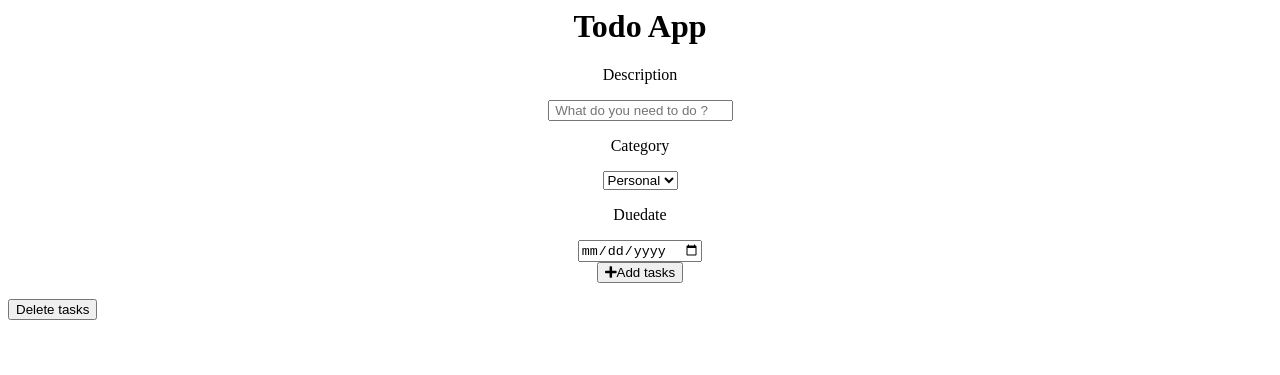
Repository: Sayan-100/Todo-List
Page: http://localhost/
The author's editor kept a copy of each file at every save. The page is drawn from the files as they stood at one save, then again after the next save.
The browser window is 1280 px wide. The pictures show the whole page.
Some web libraries are served in a nearby version. The page is served by the project's Node server (index.js). Queries for data that is not in the repository find no rows.

Above is the page before, as saved 2021-12-29 18:46:53.
Not found: js/home.js

After the next save:
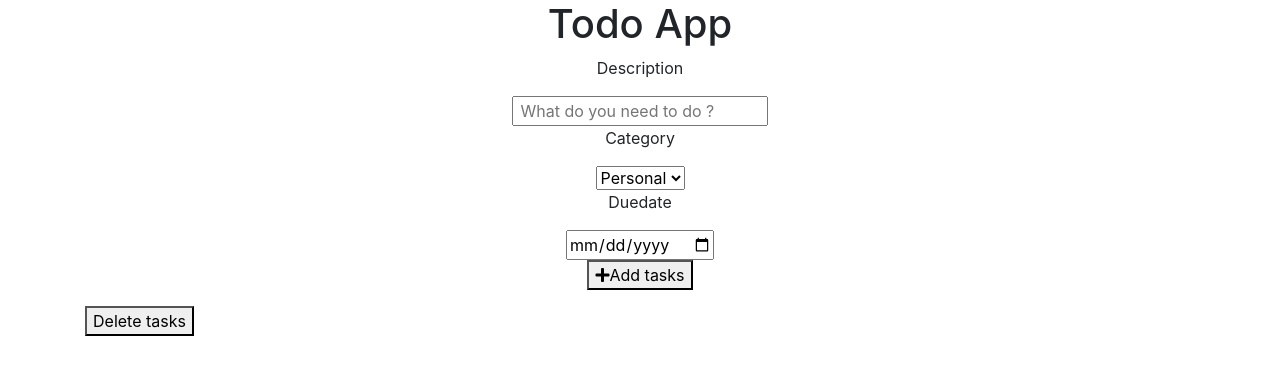
Saved 10 min 45 s later.
--- a/views/home.ejs
+++ b/views/home.ejs
@@ -5,6 +5,7 @@
         <%= title %>
     </title>
 
+    <link rel="stylesheet" href="https://stackpath.bootstrapcdn.com/bootstrap/4.5.2/css/bootstrap.min.css" integrity="sha384-JcKb8q3iqJ61gNV9KGb8thSsNjpSL0n8PARn9HuZOnIxN0hoP+VmmDGMN5t9UJ0Z" crossorigin="anonymous">
     <link rel="stylesheet" href="/css/style.css">
     <link rel="stylesheet" href="https://use.fontawesome.com/releases/v5.5.0/css/all.css" integrity="sha384-B4dIYHKNBt8Bc12p+WXckhzcICo0wtJAoU8YZTY5qE0Id1GSseTk6S+L3BlXeVIU" crossorigin="anonymous">
 
